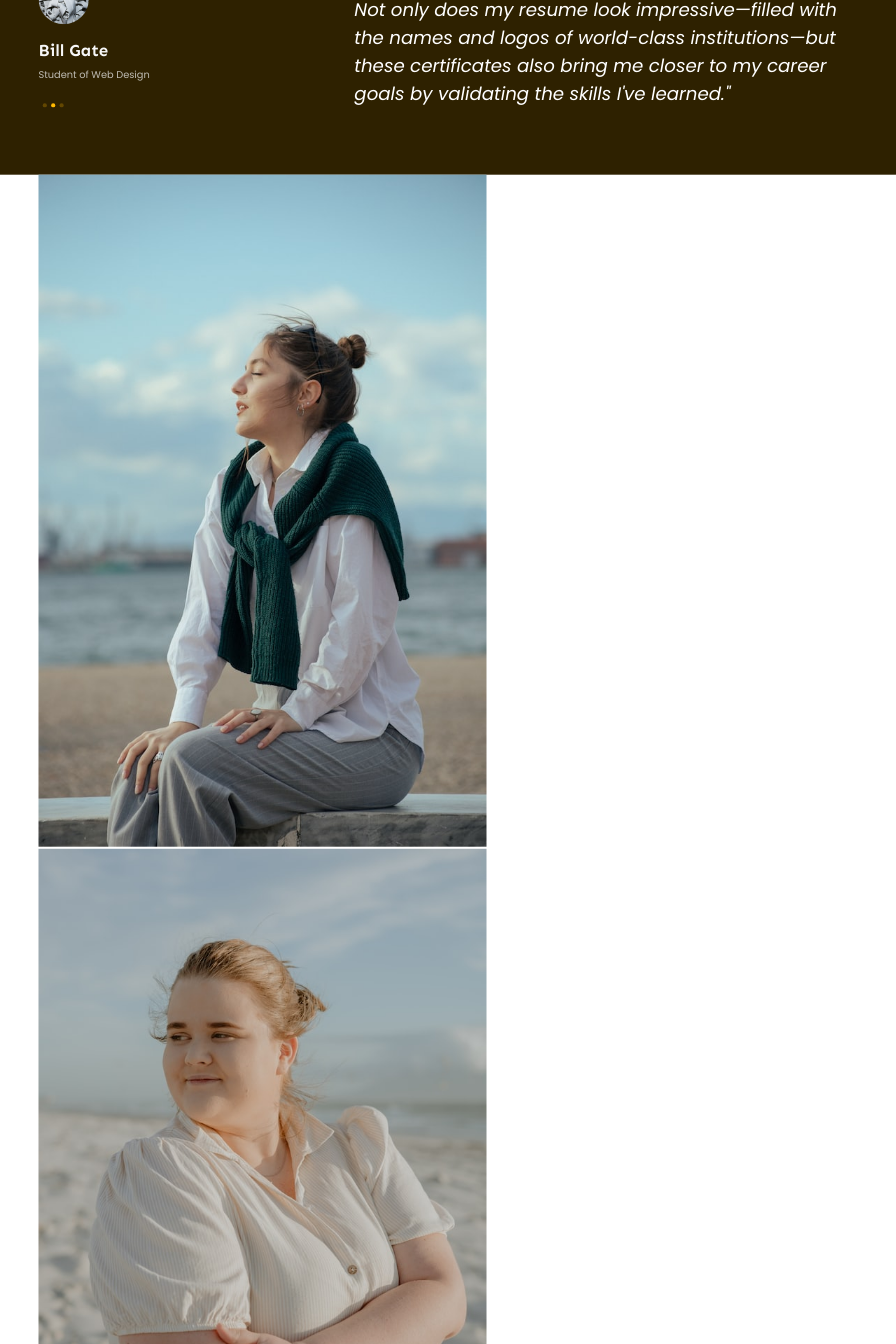
Repository: dovanlanh/f8-project-02
Page: index.html
These files come from the project's save history. The page is drawn as it stood at one moment and after the next save; the edit follows.
The browser window is 1280 px wide. The pictures show the part of the page from y = 2081 to 4001 px (the page is 10000 px tall), at 70% of full size.

Above is the page before, as saved 2023-02-10 08:44:40.

After the next save:
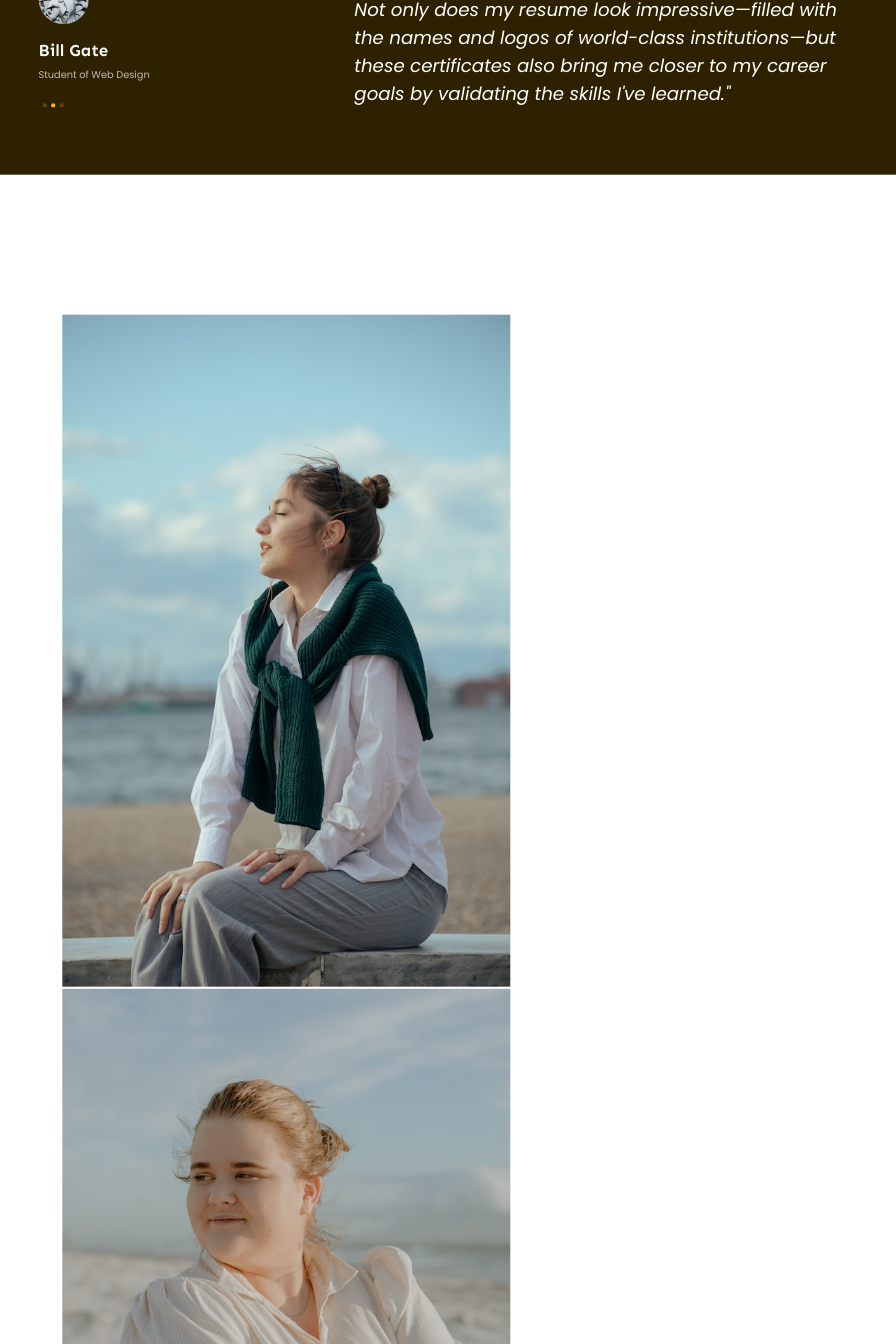
Saved 65 s later.
--- a/assets/css/styles.css
+++ b/assets/css/styles.css
@@ -432,3 +432,8 @@ a {
     line-height: 1.54;
     color: #FFFFFF;
 }
+/* feature */
+.features {
+    padding: 65px;
+    margin-top: 135px;
+}
